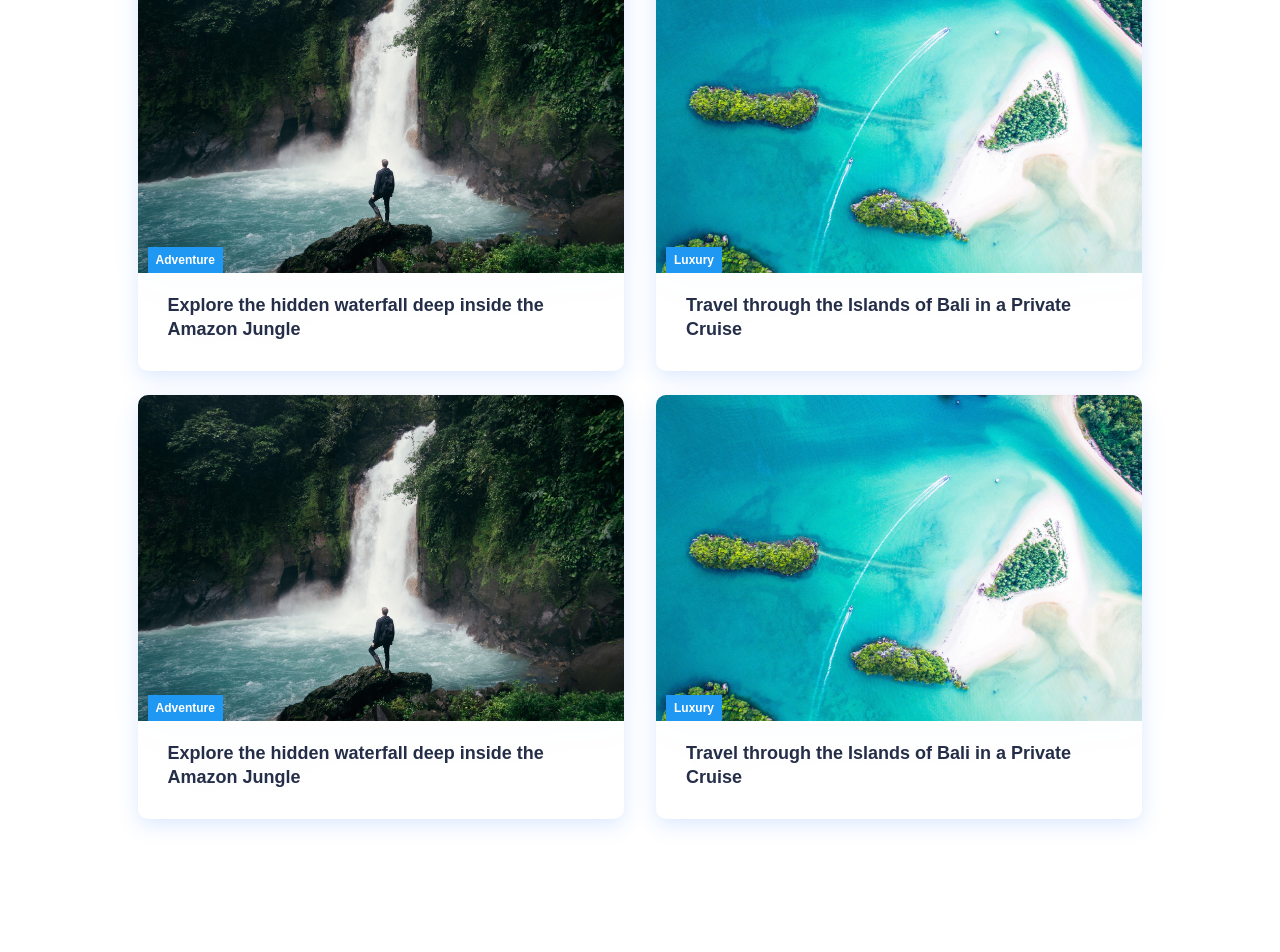
Repository: kate30980/practice-react-lp1
Page: /
An editor plug-in stored every save of this project. The page is shown before and after the next save, followed by the edit.
The browser window is 1280 px wide. The pictures show the part of the page from y = 1004 to 1956 px (the page is 1956 px tall before and 1864 px after).
The project was rebuilt for these pictures with package versions that can differ from the ones it lists, and the page was loaded fresh each time.

Above is the page before, as saved 2021-09-25 15:16:21.

### src/App.js
import React from "react";
import "./App.css";
import Navbar from "./components/Navbar";
import { BrowserRouter as Router, Switch, Route } from "react-router-dom";
import Home from "./components/pages/Home";
function App() {
  return (
    <>
      <Router>
        <Navbar />
        <Switch>
          <Route path="/" exact component={Home} />
        </Switch>
      </Router>
    </>
  );
}

export default App;

### src/App.css
* {
    box-sizing: border-box;
    margin: 0;
    padding: 0;
    font-family: 'PT Sans', sans-serif;
  }

### src/components/Navbar.js
import React, { useState, useEffect } from "react";
import { Button } from "./Button";
import { Link } from "react-router-dom";
import "./Navbar.css";

function Navbar() {
  const [click, setClick] = useState(false);
  const [button, setButton] = useState(true);

  const handleClick = () => setClick(!click);
  const closeMobileMenu = () => setClick(false);

  const showButton = () => {
    if (window.innerWidth <= 960) {
      setButton(false);
    } else {
      setButton(true);
    }
  };

  useEffect(() => {
    showButton();
  }, []);

  window.addEventListener("resize", showButton);

  return (
    <>
      <nav className="navbar">
        <div className="navbar-container">
          <Link to="/" className="navbar-logo" onClick={closeMobileMenu}>
            TRVL
            <i class="fab fa-typo3" />
          </Link>
          <div className="menu-icon" onClick={handleClick}>
            <i className={click ? "fas fa-times" : "fas fa-bars"} />
          </div>
          <ul className={click ? "nav-menu active" : "nav-menu"}>
            <li className="nav-item">
              <Link to="/" className="nav-links" onClick={closeMobileMenu}>
                Home
              </Link>
            </li>
            <li className="nav-item">
              <Link
                to="/services"
                className="nav-links"
                onClick={closeMobileMenu}
              >
                Services
              </Link>
            </li>
            <li className="nav-item">
              <Link
                to="/products"
                className="nav-links"
                onClick={closeMobileMenu}
              >
                Products
              </Link>
            </li>

            <li>
              <Link
                to="/sign-up"
                className="nav-links-mobile"
                onClick={closeMobileMenu}
              >
                Sign Up
              </Link>
            </li>
          </ul>
          {button && <Button buttonStyle="btn--outline">SIGN UP</Button>}
        </div>
      </nav>
    </>
  );
}

export default Navbar;

### src/components/pages/Home.js
import "../../App.css";
import HeroSection from "../HeroSection";
import React from "react";
import Cards from "../Cards";

function Home() {
  return (
    <>
      <HeroSection />
      <Cards />
    </>
  );
}
export default Home;

### src/components/Button.js
import React from "react";
import "./Button.css";
import { Link } from "react-router-dom";

const STYLES = ["btn--primary", "btn--outline"];
const SIZES = ["btn--medium", "btn--large"];

export const Button = ({
  children,
  type,
  onClick,
  buttonStyle,
  buttonSize,
}) => {
  const checkButtonStyle = STYLES.includes(buttonStyle)
    ? buttonStyle
    : STYLES[0];

  const checkButtonSize = SIZES.includes(buttonSize) ? buttonSize : SIZES[0];

  return (
    <Link to="/sign-up" className="btn-mobile">
      <button
        className={`btn ${checkButtonStyle} ${checkButtonSize} onClick={onClick} type={type}`}
      >
        {children}
      </button>
    </Link>
  );
};

### src/components/Navbar.css
.navbar {
    background: linear-gradient(90deg, rgb(28, 27, 27) 0%, rgb(26, 23, 23) 100%);
    height: 80px;
    display: flex;
    justify-content: center;
    align-items: center;
    font-size: 1.2rem;
    position: sticky;
    top: 0;
    z-index: 999;
  }

  .navbar-container {
    display: flex;
    justify-content: center;
    align-items: center;
    height: 80px;
    max-width: 1500px;
  }

  .navbar-logo {
    color: #fff;
    justify-self: start;
    margin-left: 20px;
    cursor: pointer;
    text-decoration: none;
    font-size: 2rem;
    display: flex;
    align-items: center;
  }

  .fa-typo3 {
    margin-left: 0.5rem;
    font-size: 1.8rem;
  }

  .nav-menu {
    display: grid;
    grid-template-columns: repeat(4, auto);
    grid-gap: 10px;
    list-style: none;
    text-align: center;
    width: 60vw;
    justify-content: center;
    margin-right: 2rem;
  }

  .nav-item {
    height: 80px;
  }

  .nav-links {
    color: #fff;
    display: flex;
    align-items: center;
    text-decoration: none;
    padding: 0.5rem 1rem;
    height: 100%;
  }

  .nav-links:hover {
    border-bottom: 4px solid #fff;
    transition: all 0.2s ease-out;
  }

  .fa-bars {
    color: #fff;
  }

  .nav-links-mobile {
    display: none;
  }

  .menu-icon {
    display: none;
  }

  @media screen and (max-width: 960px) {
    .NavbarItems {
      position: relative;
    }

    .nav-menu {
      display: flex;
      flex-direction: column;
      width: 100%;
      height: 90vh;
      position: absolute;
      top: 80px;
      left: -100%;
      opacity: 1;
      transition: all 0.5s ease;
    }

    .nav-menu.active {
      background: #242222;
      left: 0;
      opacity: 1;
      transition: all 0.5s ease;
      z-index: 1;
    }

    .nav-links {
      text-align: center;
      padding: 2rem;
      width: 100%;
      display: table;
    }

    .nav-links:hover {
      background-color: #fff;
      color: #242424;
      border-radius: 0;
    }

    .navbar-logo {
      position: absolute;
      top: 0;
      left: 0;
      transform: translate(25%, 50%);
    }

    .menu-icon {
      display: block;
      position: absolute;
      top: 0;
      right: 0;
      transform: translate(-100%, 60%);
      font-size: 1.8rem;
      cursor: pointer;
    }

    .fa-times {
      color: #fff;
      font-size: 2rem;
    }

    .nav-links-mobile {
      display: block;
      text-align: center;
      margin: 2rem auto;
      border-radius: 4px;
      width: 80%;
      text-decoration: none;
      font-size: 1.5rem;
      background-color: transparent;
      color: #fff;
      padding: 14px 20px;
      border: 1px solid #fff;
      transition: all 0.3s ease-out;
    }

    .nav-links-mobile:hover {
      background: #fff;
      color: #242424;
      transition: 250ms;
    }
  }

### src/components/HeroSection.js
import React from "react";
import "../App.css";
import { Button } from "./Button";
import "./HeroSection.css";

const HeroSection = () => {
  return (
    <div className="hero-container">
      <video src="/videos/video-2.mp4" autoPlay loop muted />
      <h1>ADVENTURE AWAITS</h1>
      <p>What are you waiting for?</p>
      <div className="hero-btns">
        <Button
          className="btns"
          buttonStyle="btn--outline"
          buttonSize="btn--large"
        >
          GET STARTED
        </Button>
        <Button
          className="btns"
          buttonStyle="btn--primary"
          buttonSize="btn--large"
        >
          WATCH TRAILER <i className="far fa-play-circle" />
        </Button>
      </div>
    </div>
  );
};

export default HeroSection;

### src/components/Cards.js
import React from "react";
import CardItem from "./CardItem";
import "./Cards.css";

function Cards() {
  return (
    <div className="cards">
      <h1>Check out these EPIC Destinations!</h1>
      <div className="cards__container">
        <div className="cards__wrapper">
          <ul className="cards__items">
            <CardItem
              src="images/img-9.jpg"
              text="Explore the hidden waterfall deep inside the Amazon Jungle"
              label="Adventure"
              path="/services"
            />
            <CardItem
              src="images/img-2.jpg"
              text="Travel through the Islands of Bali in a Private Cruise"
              label="Luxury"
              path="/services"
            />
          </ul>
          <ul className="cards__items">
            <CardItem
              src="images/img-9.jpg"
              text="Explore the hidden waterfall deep inside the Amazon Jungle"
              label="Adventure"
              path="/services"
            />
            <CardItem
              src="images/img-2.jpg"
              text="Travel through the Islands of Bali in a Private Cruise"
              label="Luxury"
              path="/services"
            />
          </ul>
        </div>
      </div>
    </div>
  );
}

export default Cards;

### src/components/Button.css
:root{
    --primary: #fff;
}
.btn{
    padding: 8px 20px;
    border-radius:2px;
    outline:none;
    border:none;
    cursor: pointer;
}
.btn--primary{
    background-color: var(--primary);
    color: #242424;
    border:1px solid var(--primary);
}
.btn--outline{
    background-color:transparent;
    color: #fff;
    padding: 8px 20px;
    border: 1px solid var(--primary);
    transition: all 0.3s ease-out;

}
.btn--medium{
    padding: 8px 20px;
    font-size: 20px;
}
.btn--large{
    padding: 12px 26px;
    font-size:20px;
}
.btn--medium:hover, .btn--large:hover{
    background: #fff;
    color: #242424;
    transition: all 0.3s ease-out;
}

### src/components/HeroSection.css
video{
    object-fit: cover;width: 100%;height: 100%;position: fixed;
    z-index: -1;
}
.hero-container{
    /* background: url('images/img-home.jpg') center center/cover no-repeat; */
    height: 100vh;
    width: 100%;
    display: flex;flex-direction: column;
    justify-content: center;
    align-items: center;
    box-shadow: inset 0 0 0 1000px rgba(0,0,0,0.2);
    object-fit: contain;
}
.hero-container > h1{
    color: #fff;
    font-size: 100px;
    margin-top:100px;
}
.hero-container >p{
    margin-top:8px;
    color: #fff;
    font-size: 32px;
    font-family: 'Trebuchet MS', 'Lucida Sans Unicode', 'Lucida Grande', 'Lucida Sans', Arial, sans-serif;
}
.hero-btns{
    margin-top:32px;
}
.hero-btns .btn{
    margin: 6px;

}
.fa-play-circle{
    margin-left: 4px;
}
@media screen and (max-width:960px){
    .hero-container > h1{
        font-size:70px;
        margin-top: -150px;
    }
}
@media screen and (max-width:768px){
    .hero-container > h1{
        font-size:50px;
        margin-top: -100px;
    }
    .hero-container > p{
        font-size: 30px;
    }
    .btn-mobile{
        display:block;
        text-decoration: none;
    }
    .btn{
        width: 100%;
    }
}

### src/components/CardItem.js
import React from "react";
import { Link } from "react-router-dom";

function CardItem(props) {
  return (
    <>
      <li className="cards__item">
        <Link className="cards__item__link" to={props.path}>
          <figure className="cards__item__pic-wrap" data-category={props.label}>
            <img
              src={props.src}
              alt="Travel Image"
              className="cards__item__img"
            />
          </figure>
          <div className="cards__item__info">
            <h5 className="cards__item__text">{props.text}</h5>
          </div>
        </Link>
      </li>
    </>
  );
}

export default CardItem;

### src/components/Cards.css
.cards {
    padding: 4rem;
    background: #fff;
  }

  h1 {
    text-align: center;
  }

  .cards__container {
    display: flex;
    flex-flow: column;
    align-items: center;
    max-width: 1120px;
    width: 90%;
    margin: 0 auto;
  }

  .cards__wrapper {
    position: relative;
    margin: 50px 0 45px;
  }

  .cards__items {
    margin-bottom: 24px;
  }

  .cards__item {
    display: flex;
    flex: 1;
    margin: 0 1rem;
    border-radius: 10px;
  }

  .cards__item__link {
    display: flex;
    flex-flow: column;
    width: 100%;
    box-shadow: 0 6px 20px rgba(56, 125, 255, 0.17);
    -webkit-filter: drop-shadow(0 6px 20px rgba(56, 125, 255, 0.017));
    filter: drop-shadow(0 6px 20px rgba(56, 125, 255, 0.017));
    border-radius: 10px;
    overflow: hidden;
    text-decoration: none;
  }

  .cards__item__pic-wrap {
    position: relative;
    width: 100%;
    padding-top: 67%;
    overflow: hidden;
  }

  .fade-img {
    animation-name: fade-img;
    animation-duration: 2s;
  }

  .cards__item__pic-wrap::after {
    content: attr(data-category);
    position: absolute;
    bottom: 0;
    margin-left: 10px;
    padding: 6px 8px;
    max-width: calc((100%) - 60px);
    font-size: 12px;
    font-weight: 700;
    color: #fff;
    background-color: #1f98f4;
    box-sizing: border-box;
  }

  .cards__item__img {
    position: absolute;
    top: 0;
    right: 0;
    bottom: 0;
    left: 0;
    display: block;
    width: 100%;
    max-width: 100%;
    height: 100%;
    max-height: 100%;
    object-fit: cover;
    transition: all 0.2s linear;
  }

  .cards__item__img:hover {
    transform: scale(1.1);
  }

  .cards__item__info {
    padding: 20px 30px 30px;
  }

  .cards__item__text {
    color: #252e48;
    font-size: 18px;
    line-height: 24px;
  }

  @media only screen and (min-width: 1200px) {
    .content__blog__container {
      width: 84%;
    }
  }

  @media only screen and (min-width: 1024px) {
    .cards__items {
      display: flex;
    }
  }

  @media only screen and (max-width: 1024px) {
    .cards__item {
      margin-bottom: 2rem;
    }
  }

Loaded but not shown: src/index.js (common file)

After the next save:
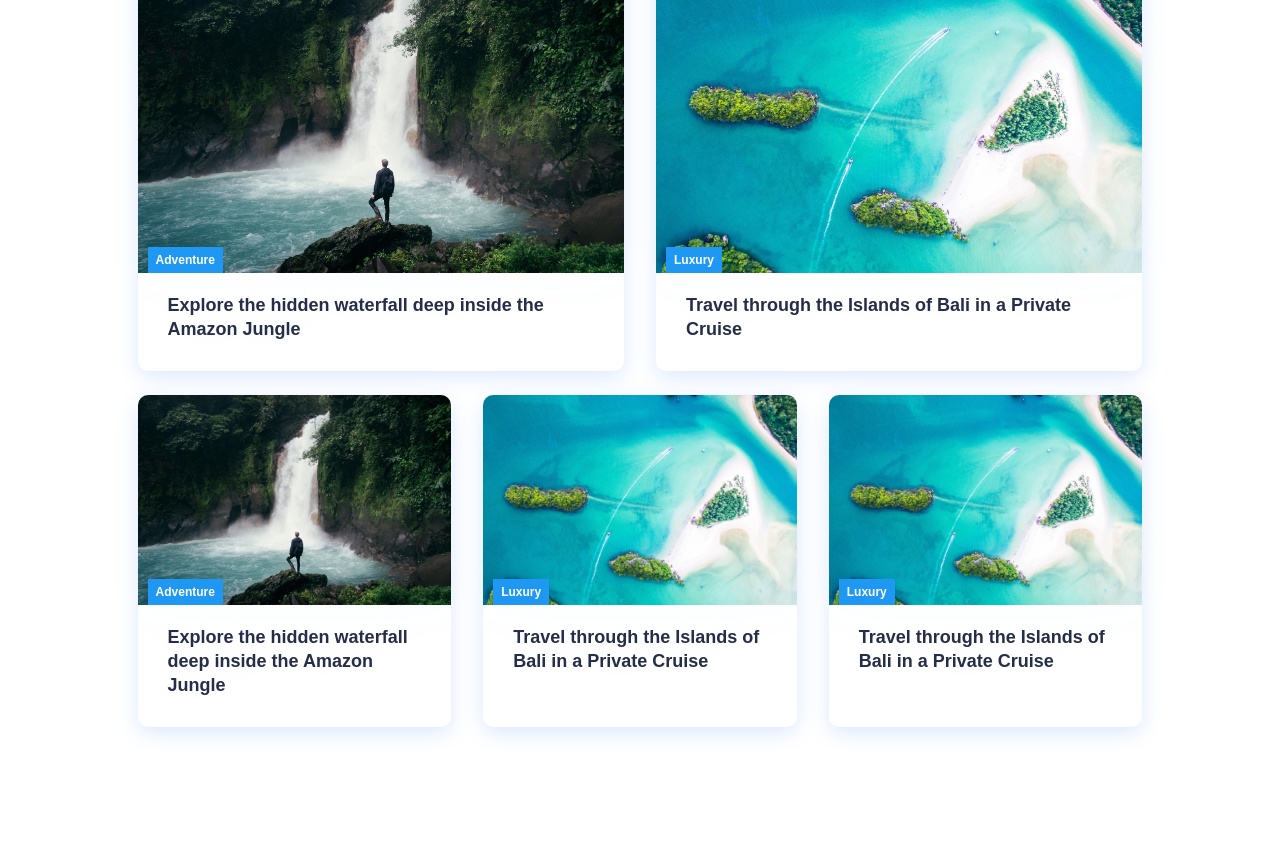
Saved 28 s later.
--- a/src/components/Cards.js
+++ b/src/components/Cards.js
@@ -35,6 +35,12 @@ function Cards() {
               label="Luxury"
               path="/services"
             />
+            <CardItem
+              src="images/img-2.jpg"
+              text="Travel through the Islands of Bali in a Private Cruise"
+              label="Luxury"
+              path="/services"
+            />
           </ul>
         </div>
       </div>
